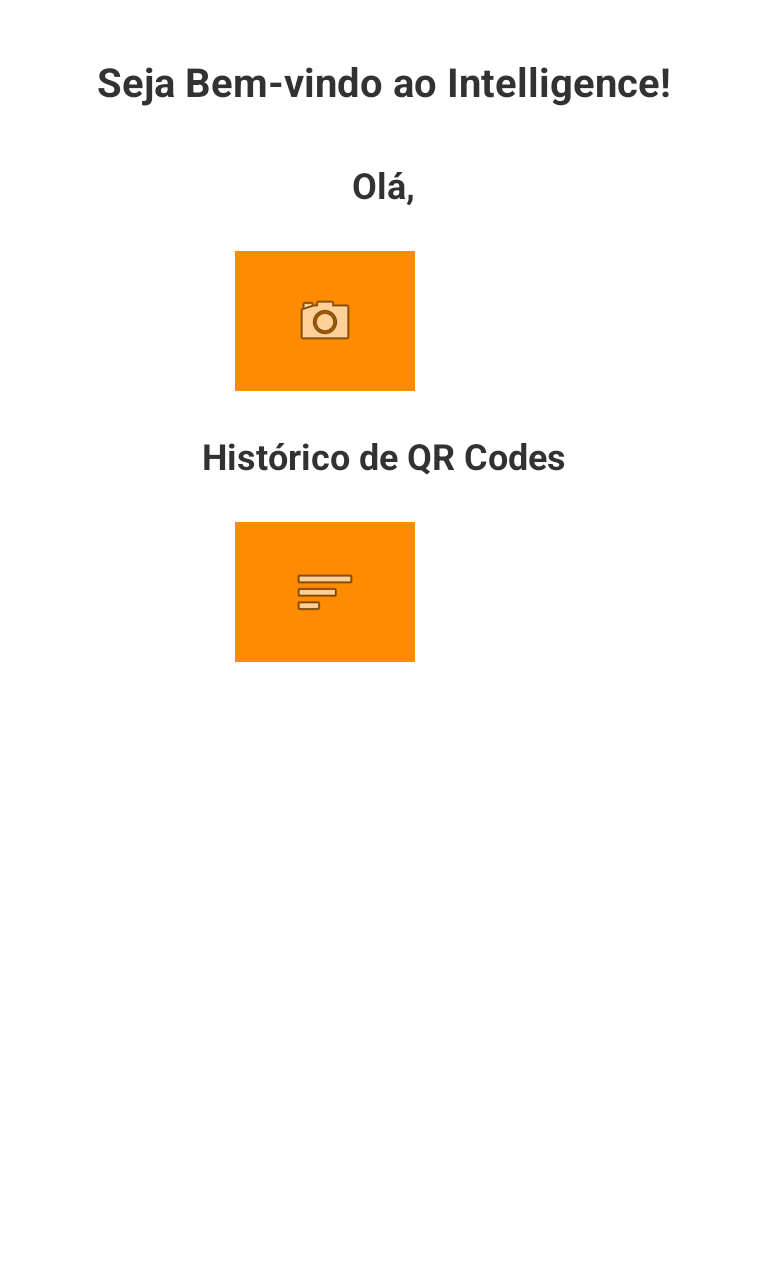
Repository: jhonpatrick/Projeto-QrCode-TDA-Informatica-
Layout: inteligence/res/layout/activity_intelligence.xml
The author's editor kept a copy of each file at every save. The layout is drawn from the files as they stood at one save, then again after the next save.
It is drawn on a 768 x 1280 px phone screen (xhdpi) without system bars, with theme AppTheme; the app's code is not run.

Above is the layout before, as saved 2016-03-03 13:18:49.

After the next save:
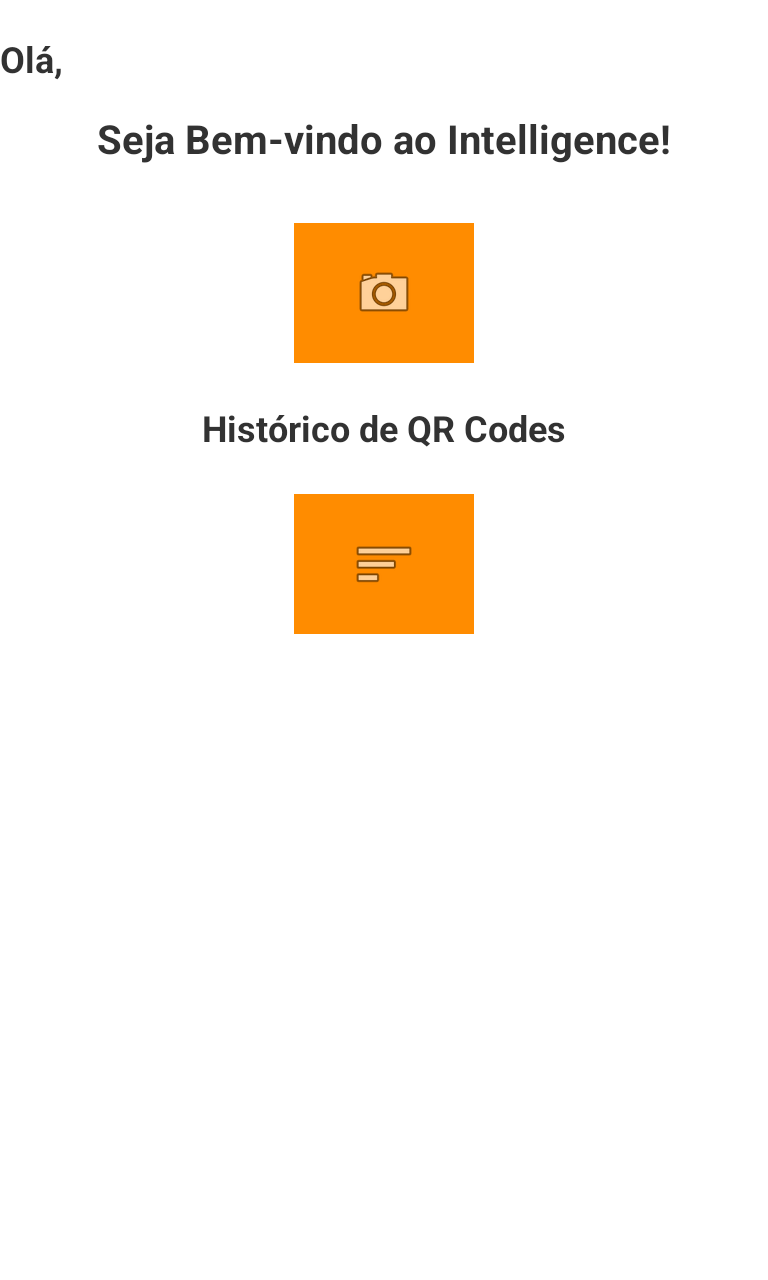
Saved 93 s later.
--- a/inteligence/res/layout/activity_intelligence.xml
+++ b/inteligence/res/layout/activity_intelligence.xml
@@ -3,40 +3,6 @@
     android:layout_width="match_parent"
     android:layout_height="match_parent"
  >
-
-    <TextView
-        android:id="@+id/textView1"
-        android:layout_width="wrap_content"
-        android:layout_height="wrap_content"
-        android:layout_alignParentTop="true"
-        android:layout_centerHorizontal="true"
-        android:layout_marginTop="27dp"
-        android:text="@string/bem_vindo"
-        android:textSize="20sp"
-        android:textStyle="bold" />
-
-    <TextView
-        android:id="@+id/textView2"
-        android:layout_width="wrap_content"
-        android:layout_height="wrap_content"
-        android:layout_below="@+id/textView1"
-        android:layout_centerHorizontal="true"
-        android:layout_marginTop="26dp"
-        android:text="@string/ola_usuario"
-        android:textSize="18sp"
-        android:textStyle="bold" />
-
-    <ImageButton
-        android:id="@+id/imgb_digitalizar"
-        android:layout_width="90sp"
-        android:layout_height="70sp"
-        android:layout_alignRight="@+id/textView2"
-        android:layout_below="@+id/textView2"
-        android:layout_marginTop="21dp"
-        android:background="#FF8C00"
-        android:contentDescription="@string/app_name"
-        android:onClick="digitalizar"
-        android:src="@android:drawable/ic_menu_camera" />
 
     <TextView
         android:id="@+id/textView3"
@@ -62,4 +28,38 @@
         android:onClick="historicoQr"
         android:src="@android:drawable/ic_menu_sort_by_size" />
 
+    <ImageButton
+        android:id="@+id/imgb_digitalizar"
+        android:layout_width="90sp"
+        android:layout_height="70sp"
+        android:layout_below="@+id/textView1"
+        android:layout_centerHorizontal="true"
+        android:layout_marginTop="29dp"
+        android:background="#FF8C00"
+        android:contentDescription="@string/app_name"
+        android:onClick="digitalizar"
+        android:src="@android:drawable/ic_menu_camera" />
+
+    <TextView
+        android:id="@+id/textView1"
+        android:layout_width="wrap_content"
+        android:layout_height="wrap_content"
+        android:layout_below="@+id/textView2"
+        android:layout_centerHorizontal="true"
+        android:layout_marginTop="14dp"
+        android:text="@string/bem_vindo"
+        android:textSize="20sp"
+        android:textStyle="bold" />
+
+    <TextView
+        android:id="@+id/textView2"
+        android:layout_width="wrap_content"
+        android:layout_height="wrap_content"
+        android:layout_alignLeft="10dp"
+        android:layout_alignParentTop="true"
+        android:layout_marginTop="17dp"
+        android:text="@string/ola_usuario"
+        android:textSize="18sp"
+        android:textStyle="bold" />
+
 </RelativeLayout>
